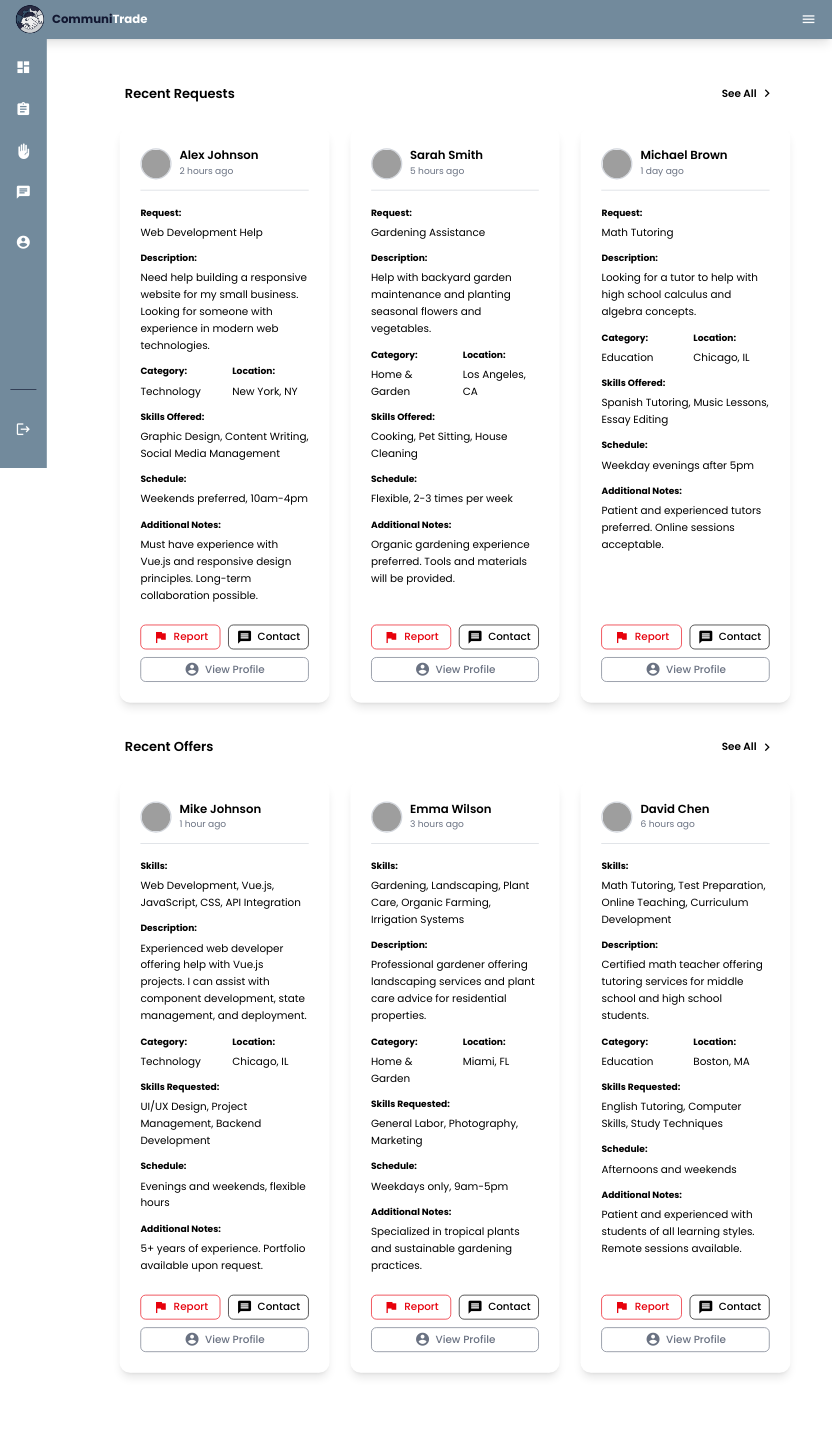
Repository: wholaanmo/communitrade_app
Page: /user/dashboard
The author's editor kept a copy of each file at every save. The page is drawn from the files as they stood at one save, then again after the next save.
The browser window is 1280 px wide. The pictures show the whole page, at 65% of full size.
Pictures or frames that could not be fetched are drawn as grey boxes. The project was rebuilt for these pictures with package versions that can differ from the ones it lists, and the page was loaded fresh each time. Some packages were replaced by stand-ins written for this rebuild. The framework's server and built-in components were replaced by stand-ins that run in the browser. Also part of the build but not shown: next.config.mjs.

Above is the page before, as saved 2025-10-29 18:52:18.

After the next save:
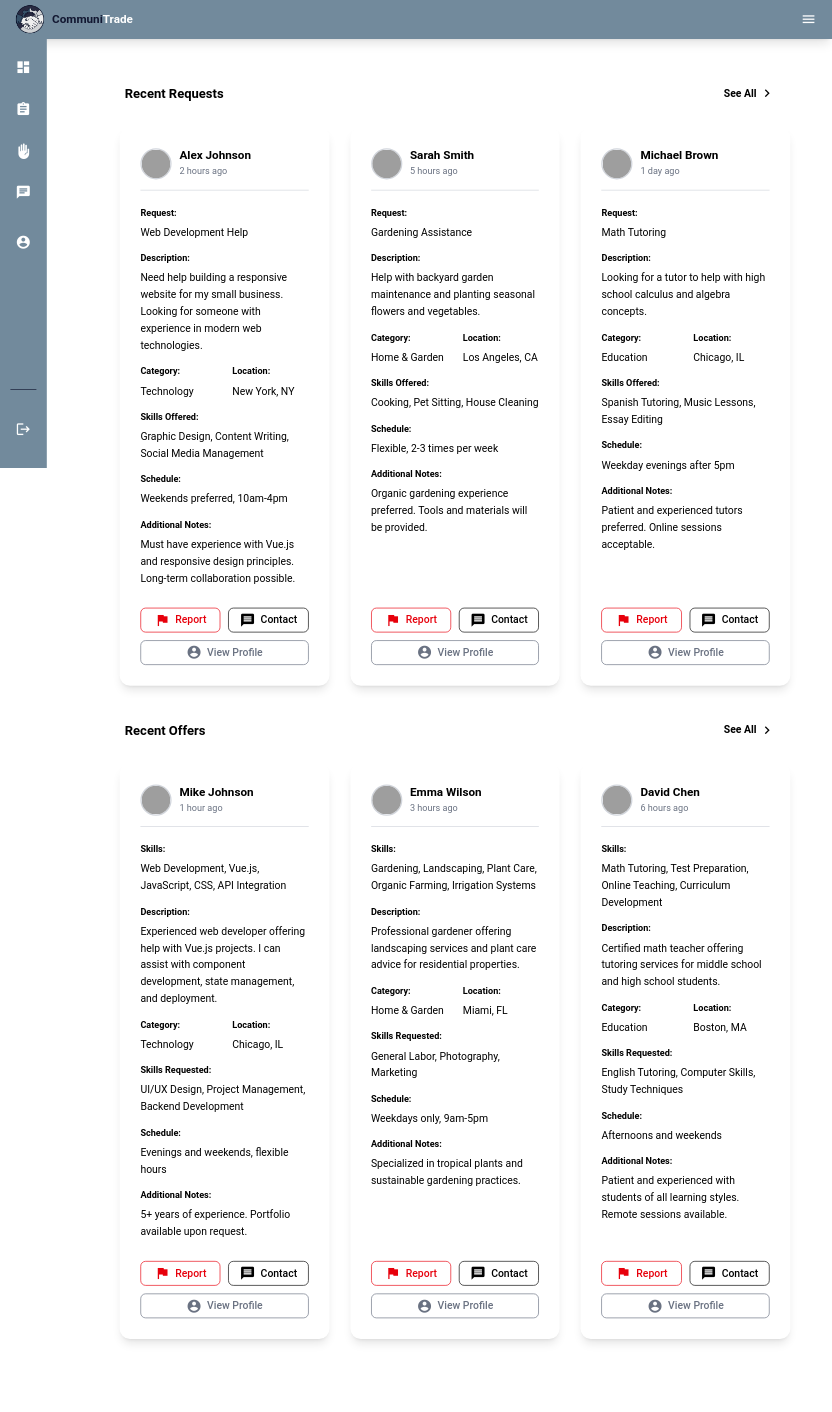
Saved 4 min 14 s later.
--- a/app/globals.css
+++ b/app/globals.css
@@ -11,5 +11,5 @@
 * {
   scrollbar-width: thin;
   scrollbar-color: #728a9c #f0f0f0;
-  font-family: 'Poppins', sans-serif;
+  font-family: "Roboto", sans-serif
 }
